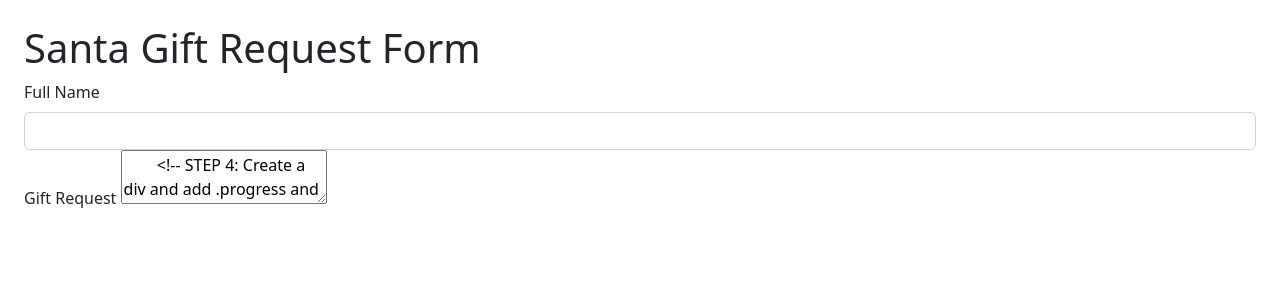
Repository: sarahlochhead/check-santas-list
Page: index.html
An editor plug-in stored every save of this project. The page is shown before and after a run of saves, followed by the edit.
The browser window is 1280 px wide. The pictures show the whole page.

Above is the page before, as saved 2022-11-25 21:29:43.

### index.html
<!DOCTYPE html>
<html lang="en">
<head>
    <meta charset="utf-8">
    <meta name="viewport" content="width=device-width, initial-scale=1, shrink-to-fit=no">
    <title>Progress Bar | Bootstrap</title>
    <!-- The purpose of progress bars is to show something is loading, in progress, or action taking place with elements on the page. -->
    <!-- STEP 1: Link to Bootstrap CSS -->
    <link href="https://cdn.jsdelivr.net/npm/bootstrap@5.2.3/dist/css/bootstrap.min.css"  rel="stylesheet" integrity="sha384-rbsA2VBKQhggwzxH7pPCaAqO46MgnOM80zW1RWuH61DGLwZJEdK2Kadq2F9CUG65" crossorigin="anonymous">
</head>
<body class="m-4">
    <!-- STEP 3: Review the HTML for the page -->
    <main>
        <h1>Santa Gift Request Form</h1>

        <form>
            <label for="fullName" class="form-label">Full Name</label>
            <input type="text" class="form-control" id="fullName" />

            <label for="giftRequest" class="form-label">Gift Request</label>
            <textarea class


        </form>
        <!-- STEP 4: Create a div and add .progress and some top and bottom margin -->
        <div class="progress mt-4 mb-4 sticky-top" style="height: 10px;">
            <!-- STEP 5: Create another div .progress-bar. Add the appropriate roles and aria attributes (b/c this is not the HTML5 semantic element <progress>)-->
            <div class="progress-bar bg-danger progress-bar-striped progress-bar-animated" role="progressbar" aria-label="Long Read Progress Bar" style="width:25%" aria-valuenow="25" aria-valuemin="0" aria-valuemax="100">One</div>
            <!-- STEP 6: Change the value of width property to 50% percentage and see what happens Note: The aria-valuenow should also be changed -->
            <!-- STEP 7: Add a label to the progress-bar adding text in the div -->
            <!-- STEP 8: Add a bootstrap background color to the progress-bar (bg-success bg-info bg-warning) -->
            <!-- STEP 9: Try adding a bootstrap class of .progress-bar-striped and .progress-bar-animated to the .progress-bar -->
            <!-- STEP 10: Create three more inner divs .progress bar and change the color and width. (copy/paste) -->
            <div class="progress-bar bg-warning progress-bar-striped progress-bar-animated" role="progressbar" aria-label="Long Read Progress Bar" style="width:15%" aria-valuenow="15" aria-valuemin="0" aria-valuemax="100">Two</div>
            <div class="progress-bar bg-success progress-bar-striped progress-bar-animated" role="progressbar" aria-label="Long Read Progress Bar" style="width:35%" aria-valuenow="35" aria-valuemin="0" aria-valuemax="100">Three</div>
            <div class="progress-bar bg-info progress-bar-striped progress-bar-animated" role="progressbar" aria-label="Long Read Progress Bar" style="width:25%" aria-valuenow="25" aria-valuemin="0" aria-valuemax="100">Four</div>
            <!-- STEP 11: Set a height on the div.progress -->
            <!-- STEP 12: give the the div.progress a position class .sticky-top -->
        </div> <!-- .progress -->
        <section id="chapter1">
            <h2>Chapter 1</h2>
            <p>
                Lorem ipsum dolor sit amet, consectetur adipiscing elit. Proin vitae gravida orci. Vestibulum magna
                ante, condimentum a metus eu, dapibus viverra neque. Suspendisse vel felis eget velit ultrices blandit.
                Donec a elit congue, viverra massa in, bibendum erat. Integer viverra arcu eu elementum vestibulum.
                Donec posuere varius odio consectetur aliquam. Nunc iaculis nisl mi, et ornare turpis tincidunt in.
                Aliquam erat volutpat. Fusce ac ex a urna dictum suscipit. Aliquam eleifend ultrices aliquam. Nullam
                cursus sed mauris non eleifend. In quis urna tellus.
            </p>
            <p>
                Donec eu metus dolor. Pellentesque sem lorem, auctor eget molestie quis, luctus in dolor. Ut dapibus
                bibendum sem non suscipit. Proin scelerisque faucibus tempor. Donec a quam eu nulla auctor efficitur ut
                quis odio. Integer non est ultricies ipsum suscipit pharetra at sed eros. Aenean sed pellentesque mi.
                Donec et semper arcu. In odio eros, dictum ac dignissim nec, semper accumsan erat. Ut turpis nulla,
                lobortis vel enim non, rhoncus ultrices risus.
            </p>
            <p>
                Aliquam magna massa, fringilla nec elementum sed, eleifend non magna. Nulla molestie aliquam urna,
                volutpat faucibus est porttitor sit amet. Nunc pharetra convallis eleifend. Nullam ex tortor, luctus sed
                dignissim non, dictum sit amet ipsum. Fusce euismod interdum justo, a ultrices nibh laoreet non. Fusce
                eleifend dictum neque, eu semper arcu hendrerit in. Suspendisse finibus vehicula lobortis. Fusce
                porttitor sem tellus, vel venenatis dui interdum at. Aliquam erat volutpat. Duis lacinia, erat quis
                dictum tincidunt, ante quam sollicitudin nibh, facilisis feugiat odio orci sed dolor. Pellentesque
                habitant morbi tristique senectus et netus et malesuada fames ac turpis egestas.
            </p>
            <p>
                Maecenas euismod quis purus et congue. Nullam nisi velit, semper vitae congue nec, lacinia sed leo. In
                sagittis tincidunt ullamcorper. Proin rutrum sagittis mauris. Aliquam ut eleifend justo. Nullam lacinia
                vitae enim dapibus maximus. Class aptent taciti sociosqu ad litora torquent per conubia nostra, per
                inceptos himenaeos. Proin velit turpis, dictum a auctor sed, dapibus eget sapien.
            </p>
        </section>
        <section id="chapter2">
            <h2>Chapter 2</h2>
            <p>
                Lorem ipsum dolor sit amet, consectetur adipiscing elit. Proin vitae gravida orci. Vestibulum magna
                ante, condimentum a metus eu, dapibus viverra neque. Suspendisse vel felis eget velit ultrices blandit.
                Donec a elit congue, viverra massa in, bibendum erat. Integer viverra arcu eu elementum vestibulum.
                Donec posuere varius odio consectetur aliquam. Nunc iaculis nisl mi, et ornare turpis tincidunt in.
                Aliquam erat volutpat. Fusce ac ex a urna dictum suscipit. Aliquam eleifend ultrices aliquam. Nullam
                cursus sed mauris non eleifend. In quis urna tellus.
            </p>
            <p>
                Maecenas euismod quis purus et congue. Nullam nisi velit, semper vitae congue nec, lacinia sed leo. In
                sagittis tincidunt ullamcorper. Proin rutrum sagittis mauris. Aliquam ut eleifend justo. Nullam lacinia
                vitae enim dapibus maximus. Class aptent taciti sociosqu ad litora torquent per conubia nostra, per
                inceptos himenaeos. Proin velit turpis, dictum a auctor sed, dapibus eget sapien.
            </p>
        </section>
        <section id="chapter3">
            <h2>Chapter 3</h2>
            <p>
                Lorem ipsum dolor sit amet, consectetur adipiscing elit. Proin vitae gravida orci. Vestibulum magna
                ante, condimentum a metus eu, dapibus viverra neque. Suspendisse vel felis eget velit ultrices blandit.
                Donec a elit congue, viverra massa in, bibendum erat. Integer viverra arcu eu elementum vestibulum.
                Donec posuere varius odio consectetur aliquam. Nunc iaculis nisl mi, et ornare turpis tincidunt in.
                Aliquam erat volutpat. Fusce ac ex a urna dictum suscipit. Aliquam eleifend ultrices aliquam. Nullam
                cursus sed mauris non eleifend. In quis urna tellus.
            </p>
            <p>
                Donec eu metus dolor. Pellentesque sem lorem, auctor eget molestie quis, luctus in dolor. Ut dapibus
                bibendum sem non suscipit. Proin scelerisque faucibus tempor. Donec a quam eu nulla auctor efficitur ut
                quis odio. Integer non est ultricies ipsum suscipit pharetra at sed eros. Aenean sed pellentesque mi.
                Donec et semper arcu. In odio eros, dictum ac dignissim nec, semper accumsan erat. Ut turpis nulla,
                lobortis vel enim non, rhoncus ultrices risus.
            </p>
            <p>
                Interdum et malesuada fames ac ante ipsum primis in faucibus. Proin ut nibh eu justo luctus lacinia. Vivamus laoreet egestas orci sit amet consequat. Phasellus fringilla odio dui, eu ullamcorper lorem mollis eu. Fusce vitae consequat ipsum. Donec tincidunt diam in tortor malesuada, at laoreet erat lacinia. Suspendisse potenti. Maecenas pellentesque blandit elit, vitae consectetur lectus placerat in. Nunc at lacinia massa, eu scelerisque arcu. Cras orci leo, consectetur id vestibulum non, accumsan at lorem.
            </p>
            <p>
                Pellentesque non ipsum lectus. Integer a tellus rutrum, bibendum elit eu, auctor lorem. Integer lacus ligula, molestie dapibus quam eu, dictum luctus dolor. Curabitur mauris massa, ultricies non molestie vel, rhoncus quis felis. Phasellus a varius massa. Nulla sit amet orci viverra, tempus mauris accumsan, blandit eros. Etiam vel ante justo. Duis non elit rutrum, maximus justo quis, venenatis neque. Cras ac condimentum nulla. Etiam vel dolor convallis, gravida est a, sodales lacus. Pellentesque sollicitudin elit vel malesuada molestie. Class aptent taciti sociosqu ad litora torquent per conubia nostra, per inceptos himenaeos. Class aptent taciti sociosqu ad litora torquent per conubia nostra, per inceptos himenaeos. Maecenas dignissim, ligula in sodales mattis, mi nisl suscipit tortor, eu commodo velit dui fringilla magna. In suscipit aliquet mauris, maximus pharetra ligula porta sed.
            </p>
            <p>
                Donec eu metus dolor. Pellentesque sem lorem, auctor eget molestie quis, luctus in dolor. Ut dapibus
                bibendum sem non suscipit. Proin scelerisque faucibus tempor. Donec a quam eu nulla auctor efficitur ut
                quis odio. Integer non est ultricies ipsum suscipit pharetra at sed eros. Aenean sed pellentesque mi.
                Donec et semper arcu. In odio eros, dictum ac dignissim nec, semper accumsan erat. Ut turpis nulla,
                lobortis vel enim non, rhoncus ultrices risus.
            </p>
            <p>
                Aliquam magna massa, fringilla nec elementum sed, eleifend non magna. Nulla molestie aliquam urna,
                volutpat faucibus est porttitor sit amet. Nunc pharetra convallis eleifend. Nullam ex tortor, luctus sed
                dignissim non, dictum sit amet ipsum. Fusce euismod interdum justo, a ultrices nibh laoreet non. Fusce
                eleifend dictum neque, eu semper arcu hendrerit in. Suspendisse finibus vehicula lobortis. Fusce
                porttitor sem tellus, vel venenatis dui interdum at. Aliquam erat volutpat. Duis lacinia, erat quis
                dictum tincidunt, ante quam sollicitudin nibh, facilisis feugiat odio orci sed dolor. Pellentesque
                habitant morbi tristique senectus et netus et malesuada fames ac turpis egestas.
            </p>
        </section>
        <section id="chapter4">
            <h2>Chapter 4</h2>
            <p>
                Lorem ipsum dolor sit amet, consectetur adipiscing elit. Proin vitae gravida orci. Vestibulum magna
                ante, condimentum a metus eu, dapibus viverra neque. Suspendisse vel felis eget velit ultrices blandit.
                Donec a elit congue, viverra massa in, bibendum erat. Integer viverra arcu eu elementum vestibulum.
                Donec posuere varius odio consectetur aliquam. Nunc iaculis nisl mi, et ornare turpis tincidunt in.
                Aliquam erat volutpat. Fusce ac ex a urna dictum suscipit. Aliquam eleifend ultrices aliquam. Nullam
                cursus sed mauris non eleifend. In quis urna tellus.
            </p>
            <p>
                Donec eu metus dolor. Pellentesque sem lorem, auctor eget molestie quis, luctus in dolor. Ut dapibus
                bibendum sem non suscipit. Proin scelerisque faucibus tempor. Donec a quam eu nulla auctor efficitur ut
                quis odio. Integer non est ultricies ipsum suscipit pharetra at sed eros. Aenean sed pellentesque mi.
                Donec et semper arcu. In odio eros, dictum ac dignissim nec, semper accumsan erat. Ut turpis nulla,
                lobortis vel enim non, rhoncus ultrices risus.
            </p>
            <p>
                Aliquam magna massa, fringilla nec elementum sed, eleifend non magna. Nulla molestie aliquam urna,
                volutpat faucibus est porttitor sit amet. Nunc pharetra convallis eleifend. Nullam ex tortor, luctus sed
                dignissim non, dictum sit amet ipsum. Fusce euismod interdum justo, a ultrices nibh laoreet non. Fusce
                eleifend dictum neque, eu semper arcu hendrerit in. Suspendisse finibus vehicula lobortis. Fusce
                porttitor sem tellus, vel venenatis dui interdum at. Aliquam erat volutpat. Duis lacinia, erat quis
                dictum tincidunt, ante quam sollicitudin nibh, facilisis feugiat odio orci sed dolor. Pellentesque
                habitant morbi tristique senectus et netus et malesuada fames ac turpis egestas.
            </p>
            <p>
                Maecenas euismod quis purus et congue. Nullam nisi velit, semper vitae congue nec, lacinia sed leo. In
                sagittis tincidunt ullamcorper. Proin rutrum sagittis mauris. Aliquam ut eleifend justo. Nullam lacinia
                vitae enim dapibus maximus. Class aptent taciti sociosqu ad litora torquent per conubia nostra, per
                inceptos himenaeos. Proin velit turpis, dictum a auctor sed, dapibus eget sapien.
            </p>
        </section>
        <footer id="end">
            <h3>Thanks For Watching!</h3>
        </footer>
    </main>
    <!-- STEP 2: Link to Bootstrap JS -->
    <script src="https://cdn.jsdelivr.net/npm/bootstrap@5.2.3/dist/js/bootstrap.bundle.min.js"></script>
</body>
</html>

After the next 2 saves:
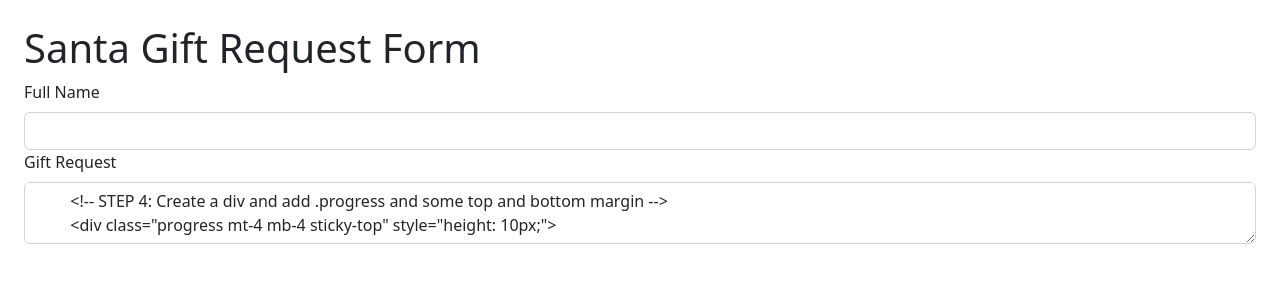
The 2 saves are shown as one change because they came seconds apart.
The last was saved 10 s later.
--- a/index.html
+++ b/index.html
@@ -18,7 +18,7 @@
             <input type="text" class="form-control" id="fullName" />
 
             <label for="giftRequest" class="form-label">Gift Request</label>
-            <textarea class
+            <textarea class="form-control"
 
 
         </form>
